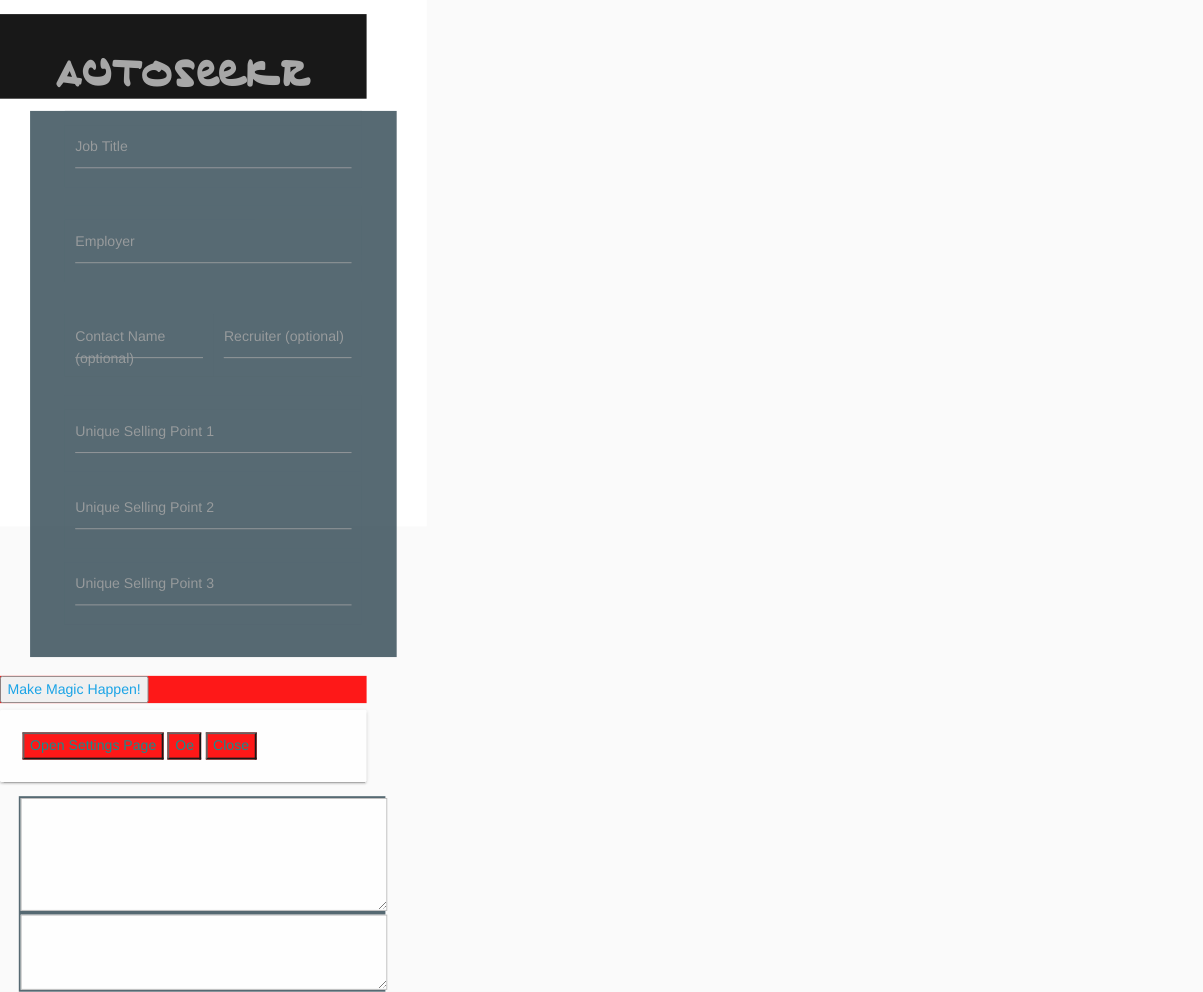
Repository: trendy77/autoJobbrr
Page: popup.html
An editor plug-in stored every save of this project. The page is shown before and after the next save, followed by the edit.
The browser window is 1280 px wide. The pictures show the whole page, at 94% of full size.

Above is the page before, as saved 2018-08-09 18:55:25.
Console error: ReferenceError: createJobForm is not defined

After the next save:
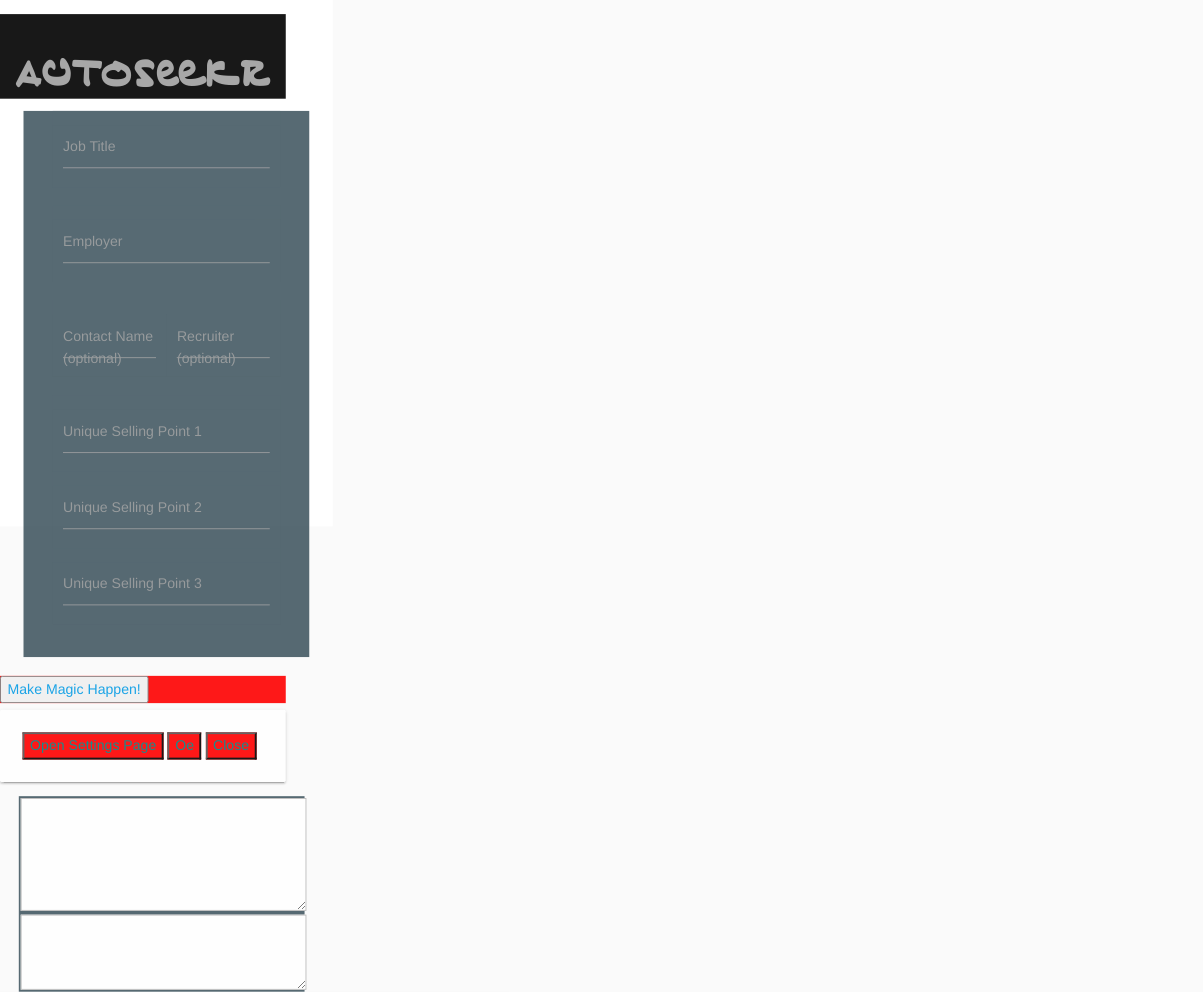
Saved 61 s later.
--- a/css/style.css
+++ b/css/style.css
@@ -4,7 +4,7 @@
     font-family: 'Open Sans Regular', sans;
     color: #666;
     background: #fafafa;
-    width: 454px;
+    width: 354px;
     height: 560px;
 }
 
